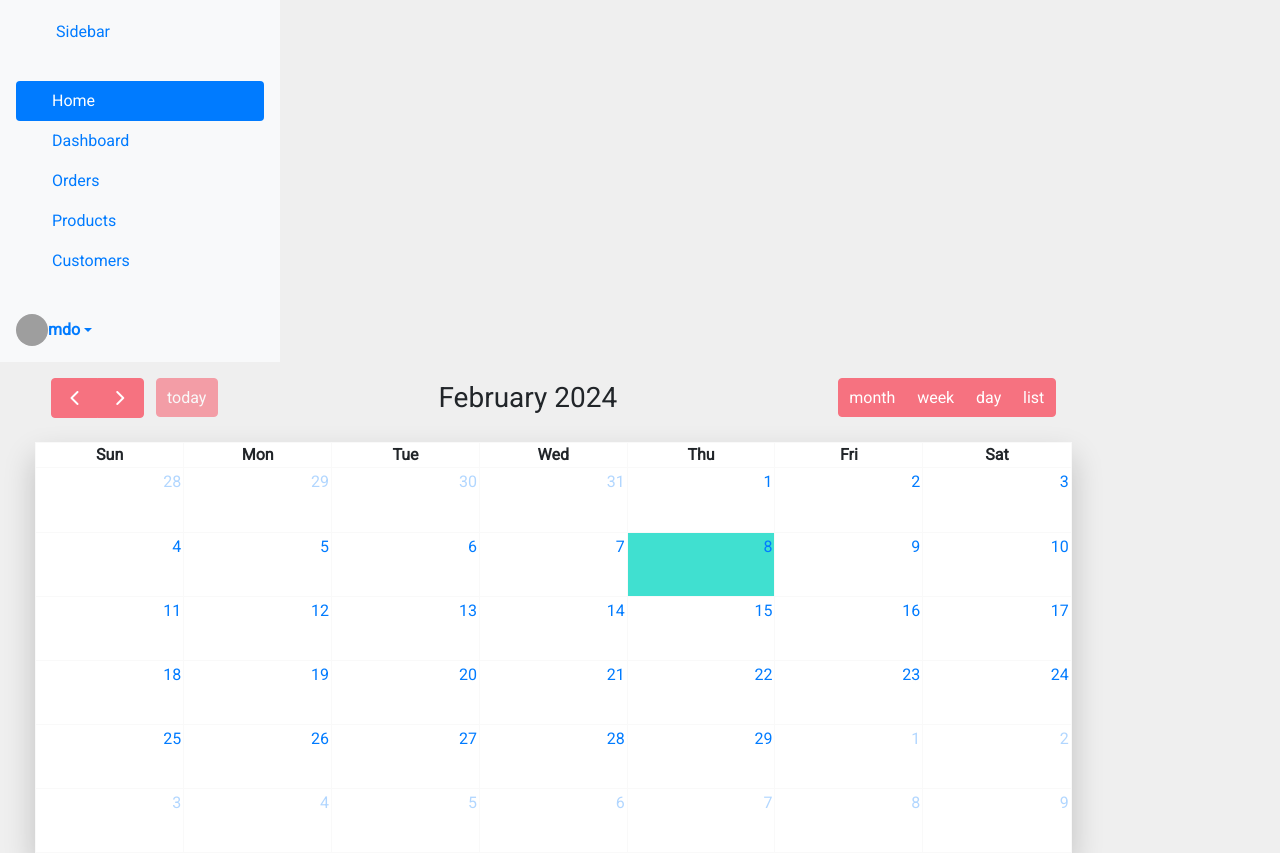
Repository: marios-petrov/NuPath
Page: softwareengineering1/calendarapp/templates/dataTest.html
An editor plug-in stored every save of this project. The page is shown before and after the next save, followed by the edit.
The browser window is 1280 px wide. The pictures show the whole page.
Pictures or frames that could not be fetched are drawn as grey boxes. The template is drawn by Django 5.2. The application's start-up code is not run. The template is opened directly, without the code that normally fills it, so the values that code supplies are empty.

Above is the page before, as saved 2024-02-21 19:36:58.

After the next save:
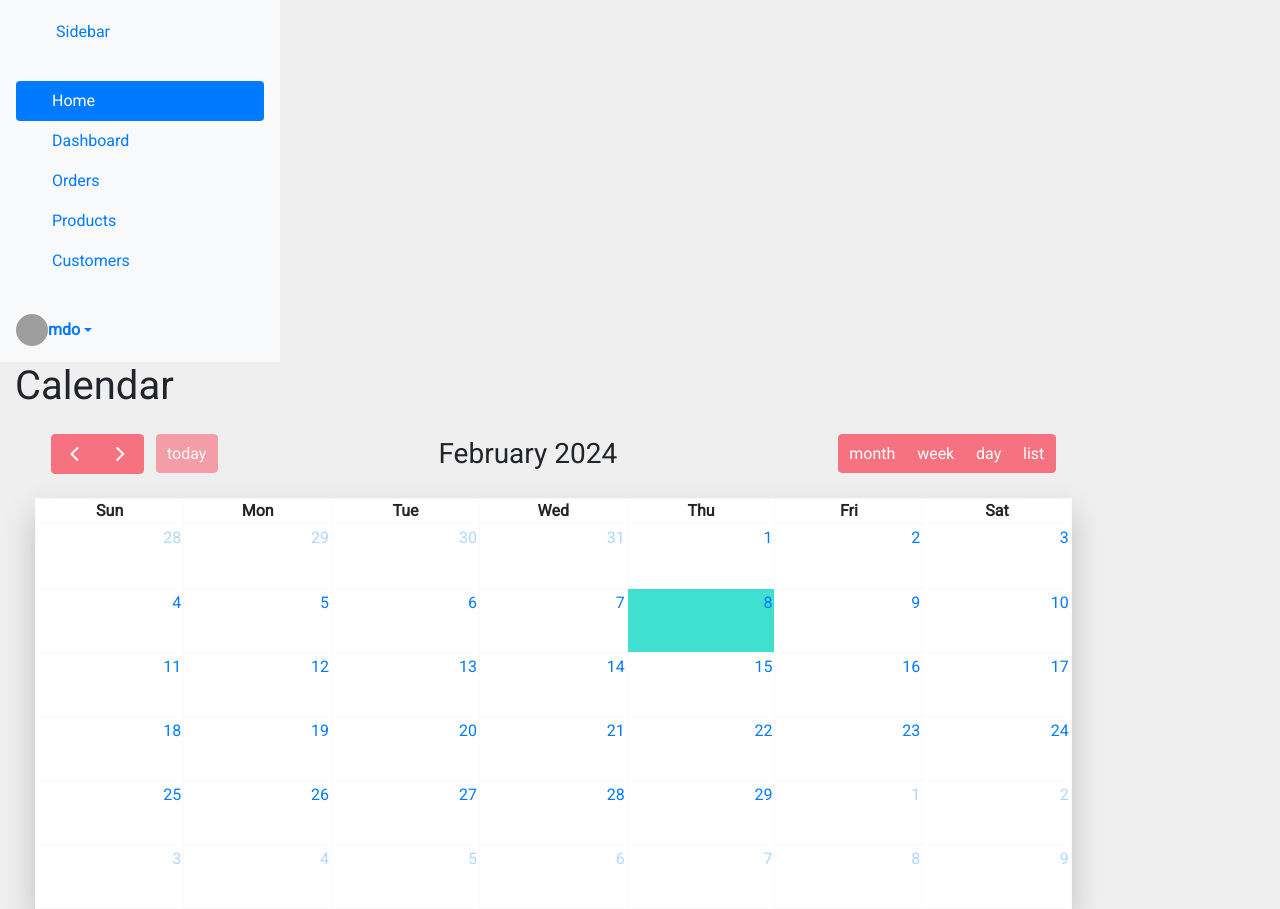
Saved 51 s later.
--- a/softwareengineering1/calendarapp/templates/dataTest.html
+++ b/softwareengineering1/calendarapp/templates/dataTest.html
@@ -3,23 +3,11 @@
 
 {% extends "base.html" %}
 
-<row>
-    <div class="col-12">
-        <div class="card">
-            <div class="card-body">
-                <h4 class="header-title">Calendar</h4>
-                <div class="single-table">
-                    <div class="table-responsive">
-                        <div id="calendar"></div>
-                    </div>
-                </div>
-            </div>
-        </div>
-    </div>
-
 {% block content %}
 {%load static %}
-<div>
+<div class='col-10'>
+    <h1>Calendar</h1>
+</div>
 
 <div id='calendar-container' class='col-10'>
     <div id='calendar'></div>
